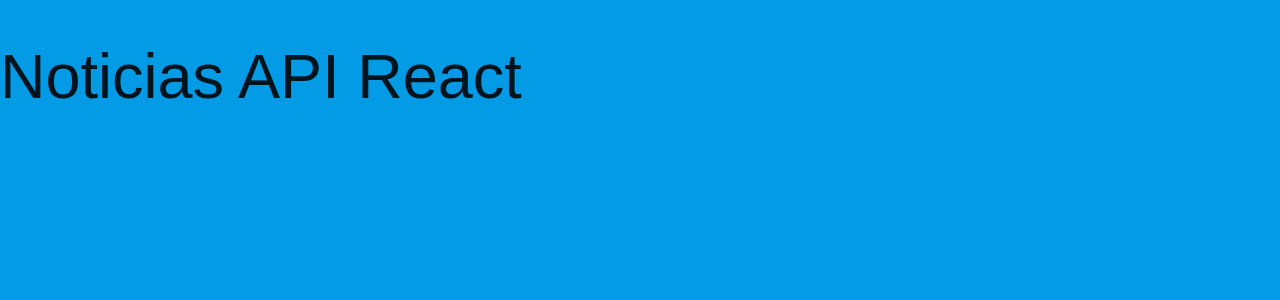
Repository: ppfeliuu/News-API-React
Page: /
These files come from the project's save history. The page is drawn as it stood at one moment and after a run of saves; the edit follows.
The browser window is 1280 px wide. The pictures show the whole page.
The page's requests for data from a server got no answer. The project was rebuilt for these pictures with package versions that can differ from the ones it lists, and the page was loaded fresh each time. No one was signed in, and anything a server would have sent is missing.

Above is the page before, as saved 2019-06-18 14:42:51.

### public/index.html
<!DOCTYPE html>
<html lang="en">
  <head>
    <meta charset="utf-8" />
    <link rel="shortcut icon" href="%PUBLIC_URL%/favicon.ico" />
    <meta name="viewport" content="width=device-width, initial-scale=1" />
    <meta name="theme-color" content="#000000" />
    <!--
      manifest.json provides metadata used when your web app is installed on a
      user's mobile device or desktop. See https://developers.google.com/web/fundamentals/web-app-manifest/
    -->
    <link rel="manifest" href="%PUBLIC_URL%/manifest.json" />

    <link rel="stylesheet" href="https://cdnjs.cloudflare.com/ajax/libs/materialize/1.0.0/css/materialize.min.css">
    <link href="https://fonts.googleapis.com/css?family=Raleway:700,900" rel="stylesheet">
    <!--
      Notice the use of %PUBLIC_URL% in the tags above.
      It will be replaced with the URL of the `public` folder during the build.
      Only files inside the `public` folder can be referenced from the HTML.

      Unlike "/favicon.ico" or "favicon.ico", "%PUBLIC_URL%/favicon.ico" will
      work correctly both with client-side routing and a non-root public URL.
      Learn how to configure a non-root public URL by running `npm run build`.
    -->
    <title>React App</title>
  </head>
  <body>
    <noscript>You need to enable JavaScript to run this app.</noscript>
    <div id="root"></div>
    <!--
      This HTML file is a template.
      If you open it directly in the browser, you will see an empty page.

      You can add webfonts, meta tags, or analytics to this file.
      The build step will place the bundled scripts into the <body> tag.

      To begin the development, run `npm start` or `yarn start`.
      To create a production bundle, use `npm run build` or `yarn build`.
    -->
    <script src="https://cdnjs.cloudflare.com/ajax/libs/materialize/1.0.0/js/materialize.min.js"></script>
     <script>
      document.addEventListener('DOMContentLoaded', function() {
          var elements = document.querySelectorAll('select');
          M.FormSelect.init(elements);
      });
    </script>
  </body>
</html>

### src/index.css
body {
  margin: 0;
  padding: 0;
  font-family: sans-serif;
}

body {
  background-color: #039be5;
}
.card-content h3 {
  font-size: 1.4rem;
}
.row {
  display: flex;
  flex-wrap: wrap;
}
.contenedor-noticias {
  padding: 2rem;
  border-radius: 1rem;
  margin-top: 3rem;
}

.buscador {
  margin-top: 2rem;
  margin-bottom: 2rem;
  text-align: left;
}
.buscador label {
  font-size: 2rem;
  color: black;
}
.dropdown-content li>span {
  color: black;
}
.select-wrapper input.select-dropdown:focus {
  border-bottom: 1px solid #e64a19!important;
}
h2 {
  font-family: 'Raleway', sans-serif;
  font-weight: 900;
  font-size: 2rem;
  text-transform: uppercase;
  text-align: center;
}

.card-action .btn {
  width: 100%;
}
.enviar input[type="submit"] {
  width: 100%;
}

.fade-enter {
  opacity: 0;
  transform: scale(1.25);
}
.fade-enter.fade-enter-active {
  opacity: 1;
  transition: all .5s ease-in;
  transform: scale(1);
}

.fade-exit {
  opacity: 1;
  transform: scale(1.25);
}
.fade-exit.fade-exit-active {
  opacity: 0;
  transition: all .5s ease-in;
  transform: scale(1);
}

### src/App.js
import React, { Component } from 'react';
import { async } from 'q';

class App extends Component {
  state = {
    noticias: []
   }

  componentDidMount() {
    this.consultarNoticias();
  }

  consultarNoticias = async () => {
    const url = `https://newsapi.org/v2/top-headlines?country=us&category=business&apiKey=d366c02b66b04ee2bb3309e8e90df583`;

    const respuesta = await fetch(url);
    const noticias = await respuesta.json();

    this.setState({
      noticias: noticias.articles
    })
  }

  render() {
    return ( <h1>Noticias API React</h1> );
  }
}


export default App;

### src/components/Header.js
import React from 'react';

const Header = ({titulo}) => (
    <nav className="nav-wrapper light-blue darken-3">
        <a className="brand-logo center">{titulo}</a>

    </nav>
);

export default Header;

Loaded but not shown: src/index.js (common file); src/serviceWorker.js (common file)

After the next 2 saves:
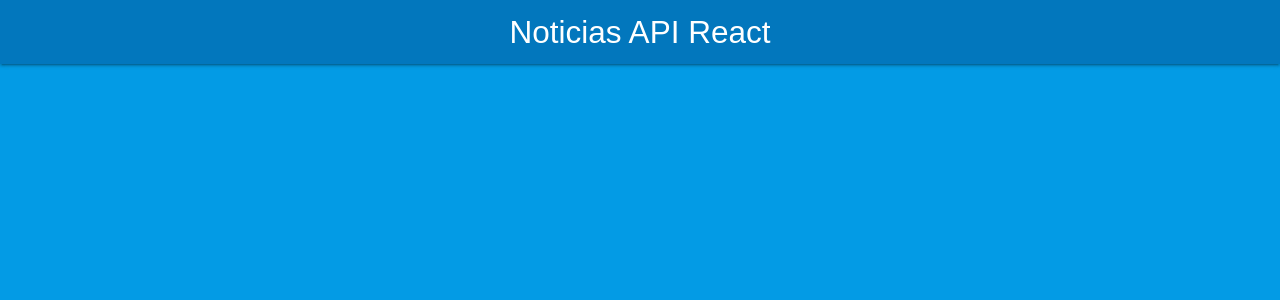
The 2 saves are shown as one change because 1 did not build or start.
The last was saved 2 min 16 s later.
--- a/src/App.js
+++ b/src/App.js
@@ -1,5 +1,5 @@
-import React, { Component } from 'react';
-import { async } from 'q';
+import React, { Component, Fragment } from 'react';
+import Header from './components/Header';
 
 class App extends Component {
   state = {
@@ -22,7 +22,11 @@ class App extends Component {
   }
 
   render() {
-    return ( <h1>Noticias API React</h1> );
+    return (
+      <Fragment>
+        <Header titulo="Noticias API React"/>
+      </Fragment>
+    );
   }
 }
 
